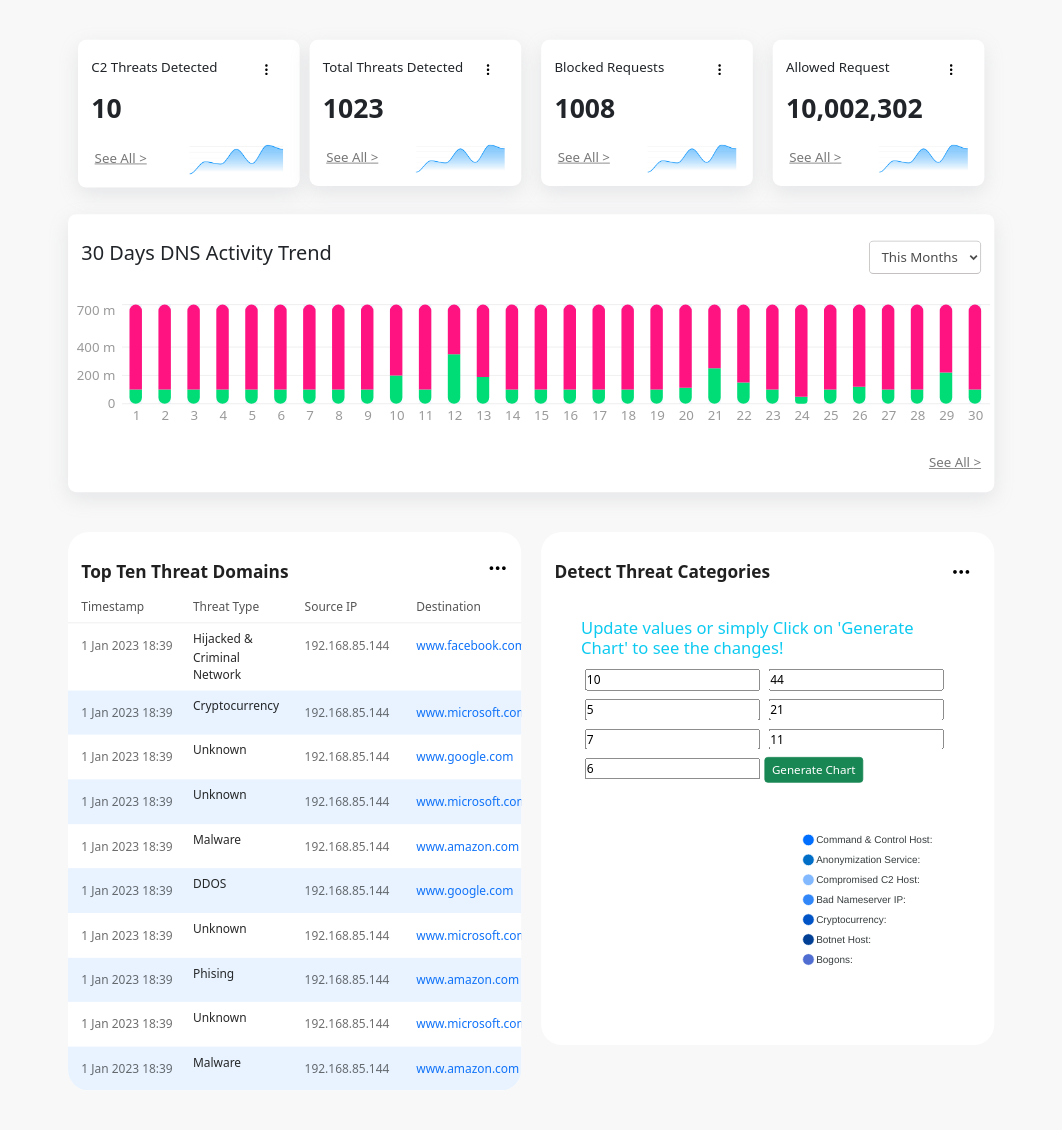
Repository: badhon252/dashboard
Page: /
An editor plug-in stored every save of this project. The page is shown before and after the next save, followed by the edit.
The browser window is 1280 px wide. The pictures show the whole page, at 83% of full size.
The project was rebuilt for these pictures with package versions that can differ from the ones it lists, and the page was loaded fresh each time. Also part of the build but not shown: vite.config.js.

Above is the page before, as saved 2023-01-30 03:32:28.

After the next save:
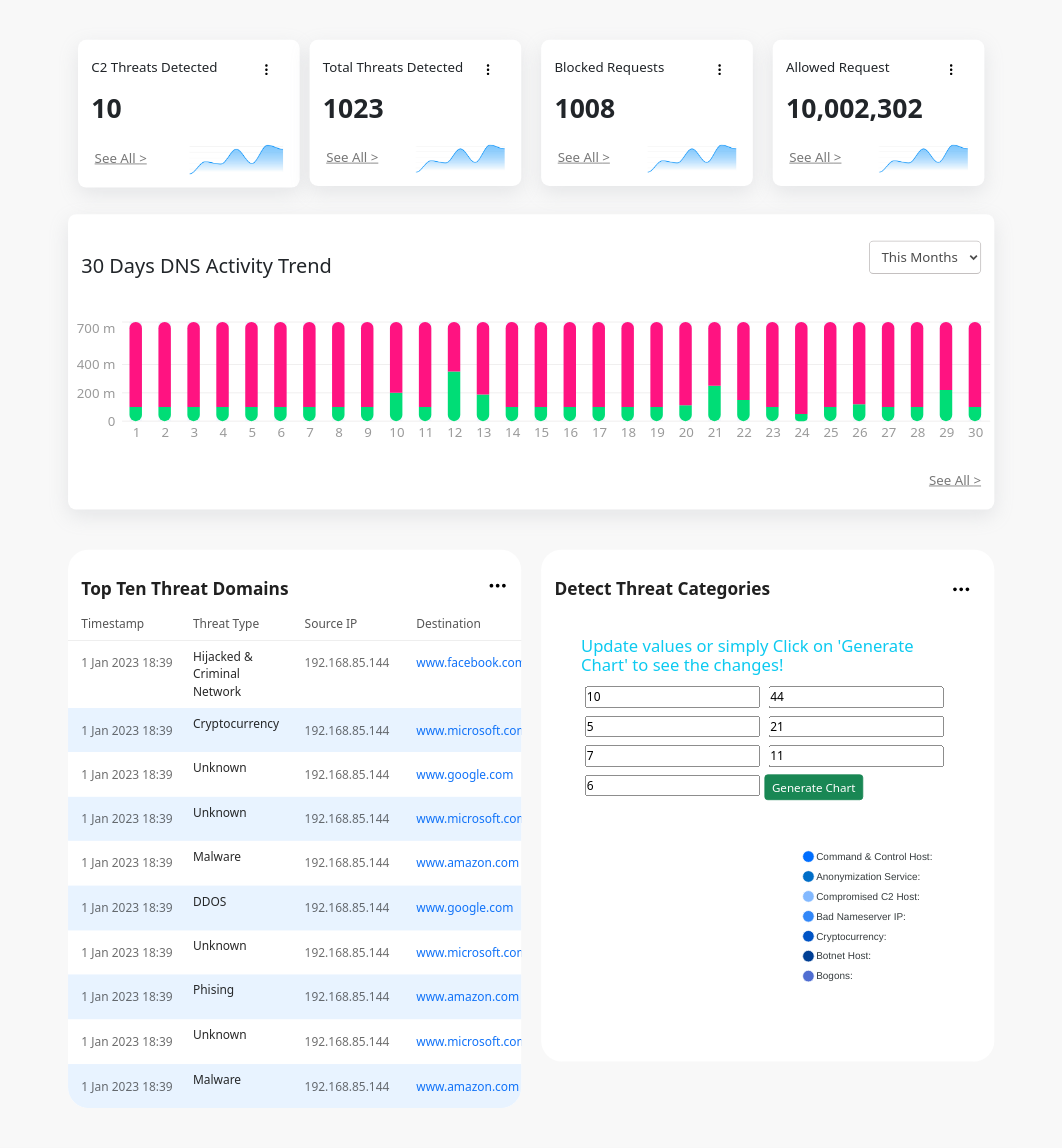
Saved 65 s later.
--- a/src/Components/Activity/ActivityHeader.jsx
+++ b/src/Components/Activity/ActivityHeader.jsx
@@ -1,7 +1,7 @@
 const ActivityHeader = () => {
   return (
     <div className="activity_header d-flex">
-      <h4>30 Days DNS Activity Trend</h4>
+      <h4 className="my-3">30 Days DNS Activity Trend</h4>
       <div className="activity_header_right">
         <form action="">
           <select id="months" name="months">

After the save that followed:
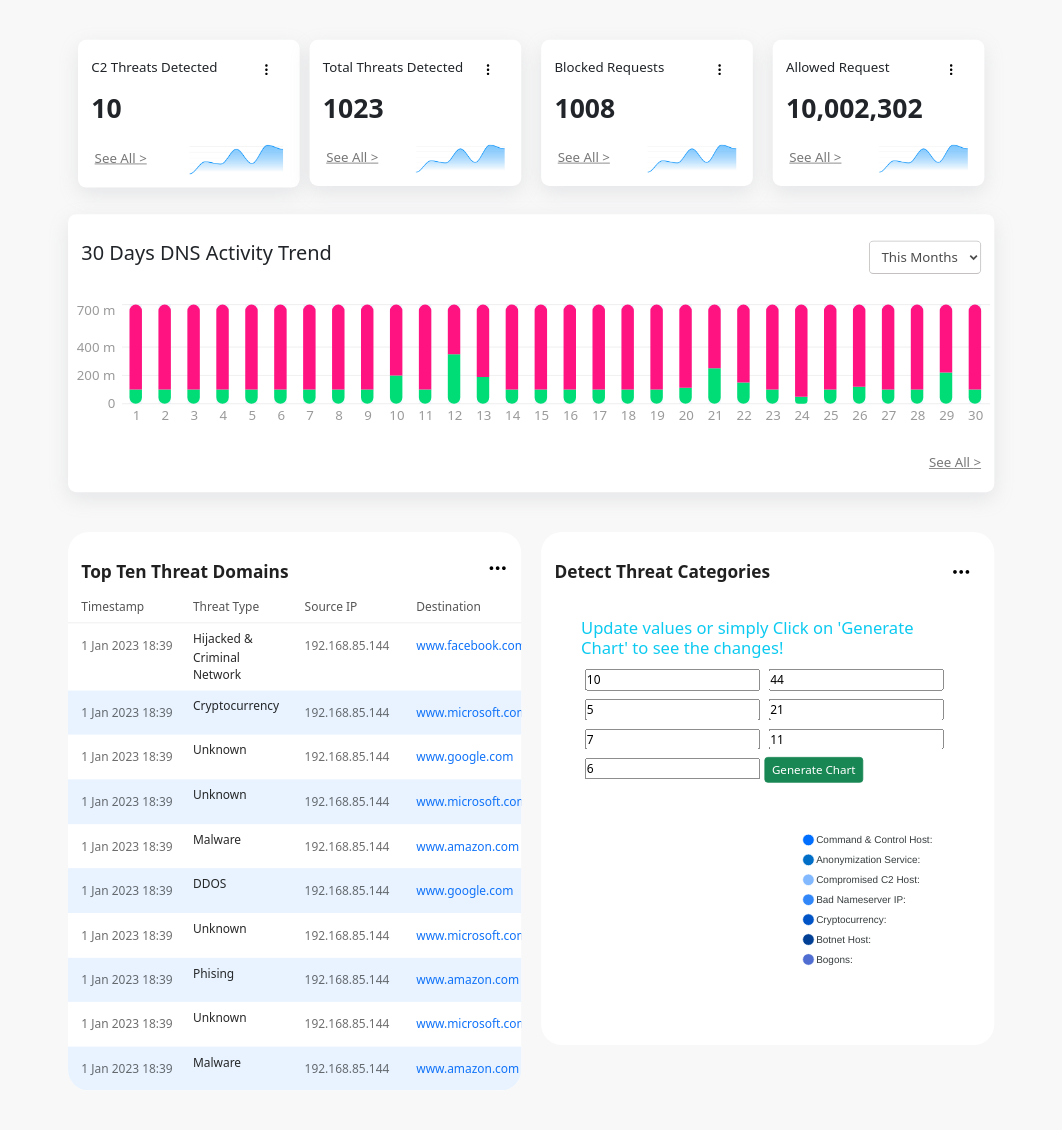
Saved 10 s later.
--- a/src/Components/Activity/ActivityHeader.jsx
+++ b/src/Components/Activity/ActivityHeader.jsx
@@ -1,7 +1,7 @@
 const ActivityHeader = () => {
   return (
     <div className="activity_header d-flex">
-      <h4 className="my-3">30 Days DNS Activity Trend</h4>
+      <h4 className="">30 Days DNS Activity Trend</h4>
       <div className="activity_header_right">
         <form action="">
           <select id="months" name="months">
